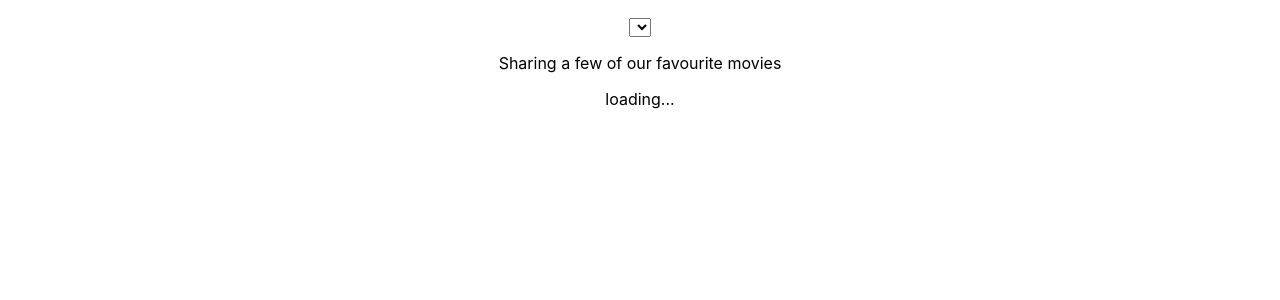
Repository: jklodge/lodge-creates
Page: / (app in plentific-search/)
An editor plug-in stored every save of this project. The page is shown before and after the next save, followed by the edit.
The browser window is 1280 px wide. The pictures show the whole page.
The page's requests for data from a server got no answer. The project was rebuilt for these pictures with package versions that can differ from the ones it lists, and the page was loaded fresh each time. No one was signed in, and anything a server would have sent is missing. Also part of the build but not shown: plentific-search/src/Components/Search.js.

Above is the page before, as saved 2020-01-12 12:53:12.

After the next save:
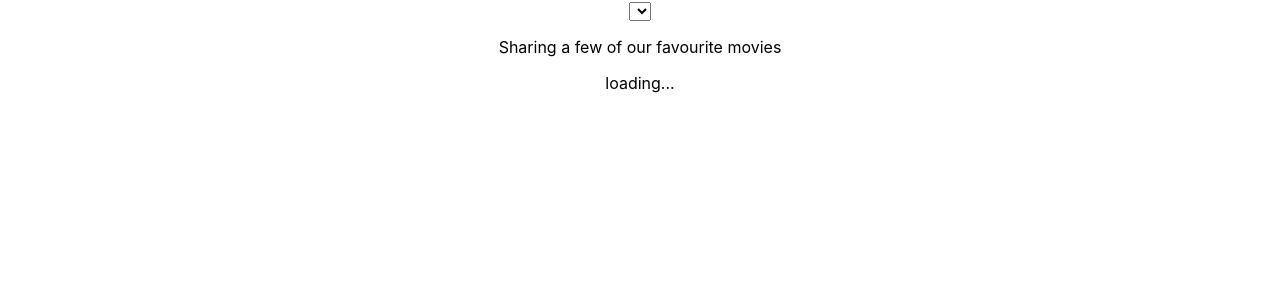
Saved 13 s later.
--- a/plentific-search/src/Components/DropDown.js
+++ b/plentific-search/src/Components/DropDown.js
@@ -32,7 +32,6 @@ export const DropDown = () => {
 
   return (
     <div className="input">
-      <p>{List.id}</p>
       <select
         onChange={e => handleChange(e)}
         className="browser-default custom-select"
